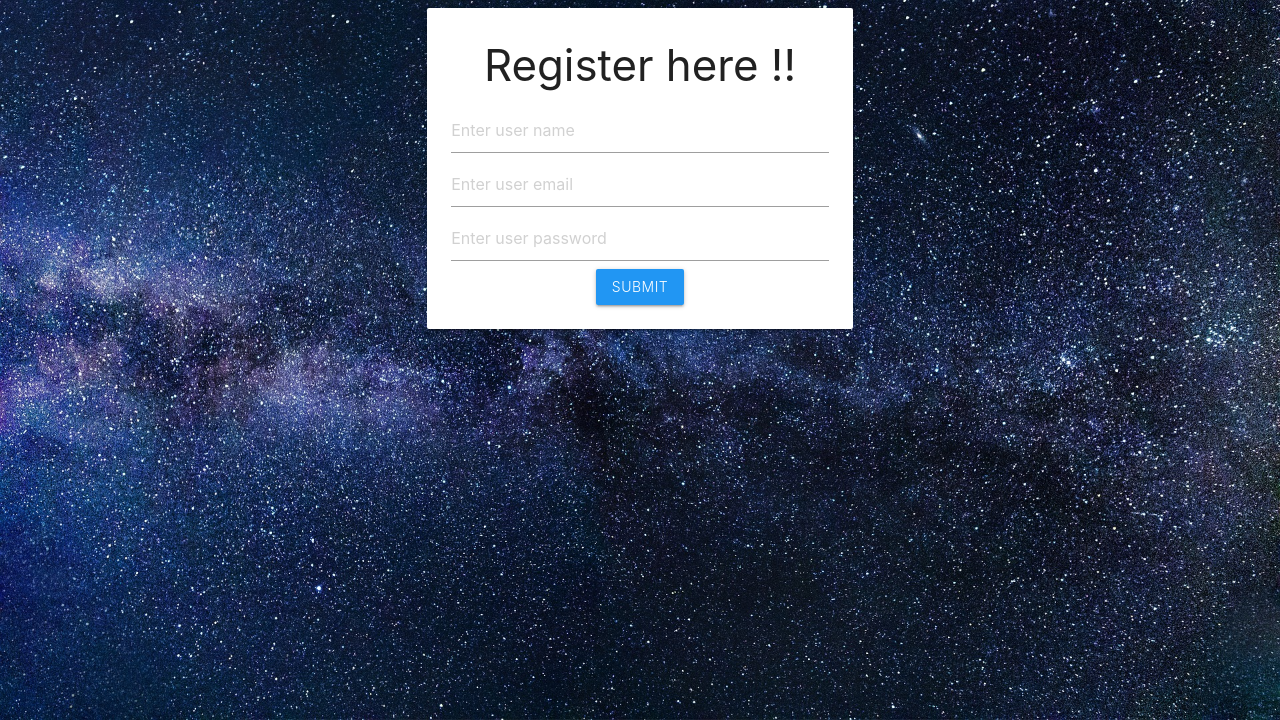
Repository: Ravi9619/springcore
Page: http://localhost/Ravi_Registration_Module_Practice/signup.jsp
An editor plug-in stored every save of this project. The page is shown before and after the next save, followed by the edit.
The browser window is 1280 px wide. The pictures show the whole page.
The page is served by Tomcat 9.

Above is the page before, as saved 2023-02-26 11:07:15.

After the next save:
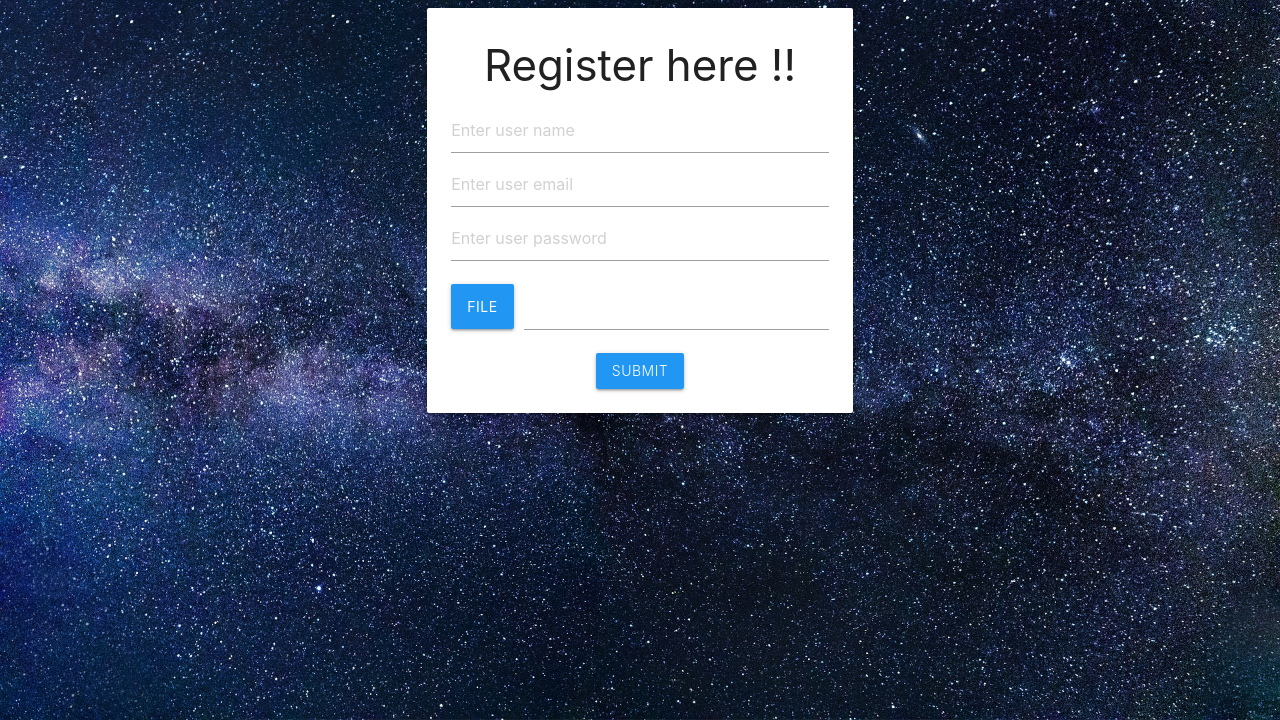
Saved 4 min 2 s later.
--- a/Ravi Registration Module Practice/src/main/webapp/signup.jsp
+++ b/Ravi Registration Module Practice/src/main/webapp/signup.jsp
@@ -33,14 +33,15 @@
 									placeholder="Enter user email">
 								<input type="password"
 									name="user_password" placeholder="Enter user password">
-							<!-- 	<div class="file-field input-field">
+
+								<div class="file-field input-field">
 									<div class="btn blue">
 										<span>File</span> <input name="image" type="file">
 									</div>
 									<div class="file-path-wrapper">
 										<input class="file-path validate" type="text">
 									</div>
-								</div> -->
+								</div>
 
 								<button type="submit" class="btn light blue accent 3">Submit</button>
 							</form>
